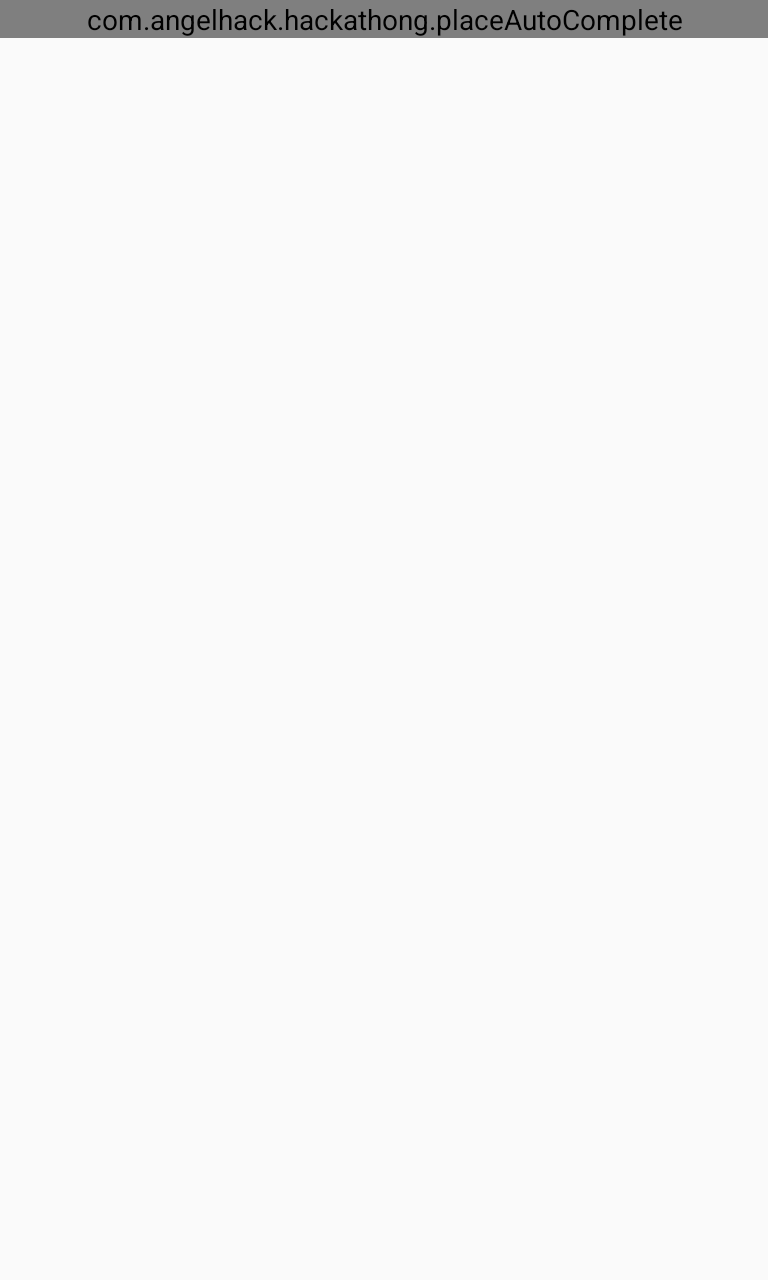
Repository: rutuj/angelhack-mumbai
Layout: Hackathong/res/layout/activity_main.xml
An editor plug-in stored every save of this project. The layout is shown before and after the next save, followed by the edit.
Pictures or frames that could not be fetched are drawn as grey boxes. It is drawn on a 768 x 1280 px phone screen (xhdpi) without system bars, with theme AppTheme; the app's code is not run.

Above is the layout before, as saved 2014-05-31 17:19:04.

### Hackathong/res/layout/activity_main.xml
<RelativeLayout xmlns:android="http://schemas.android.com/apk/res/android"
    xmlns:tools="http://schemas.android.com/tools"
    android:layout_width="match_parent"
    android:layout_height="match_parent"
    tools:context="${packageName}.${activityClass}" >

    <com.angelhack.hackathong.placeAutoComplete
        android:id="@+id/atv_origin"
        android:layout_width="fill_parent"
        android:layout_height="wrap_content"
        android:layout_alignParentTop="true"
        android:hint="@string/origin" />

    <com.angelhack.hackathong.placeAutoComplete
        android:id="@+id/atv_destination"
        android:layout_width="fill_parent"
        android:layout_height="wrap_content"
        android:layout_below="@+id/atv_origin"
        android:layout_alignParentTop="true"
        android:hint="@string/destination" />

</RelativeLayout>

Loaded but not shown: Hackathong/res/values/styles.xml (common file); Hackathong/res/values-v11/styles.xml (common file); Hackathong/res/values-v14/styles.xml (common file)

After the next save:
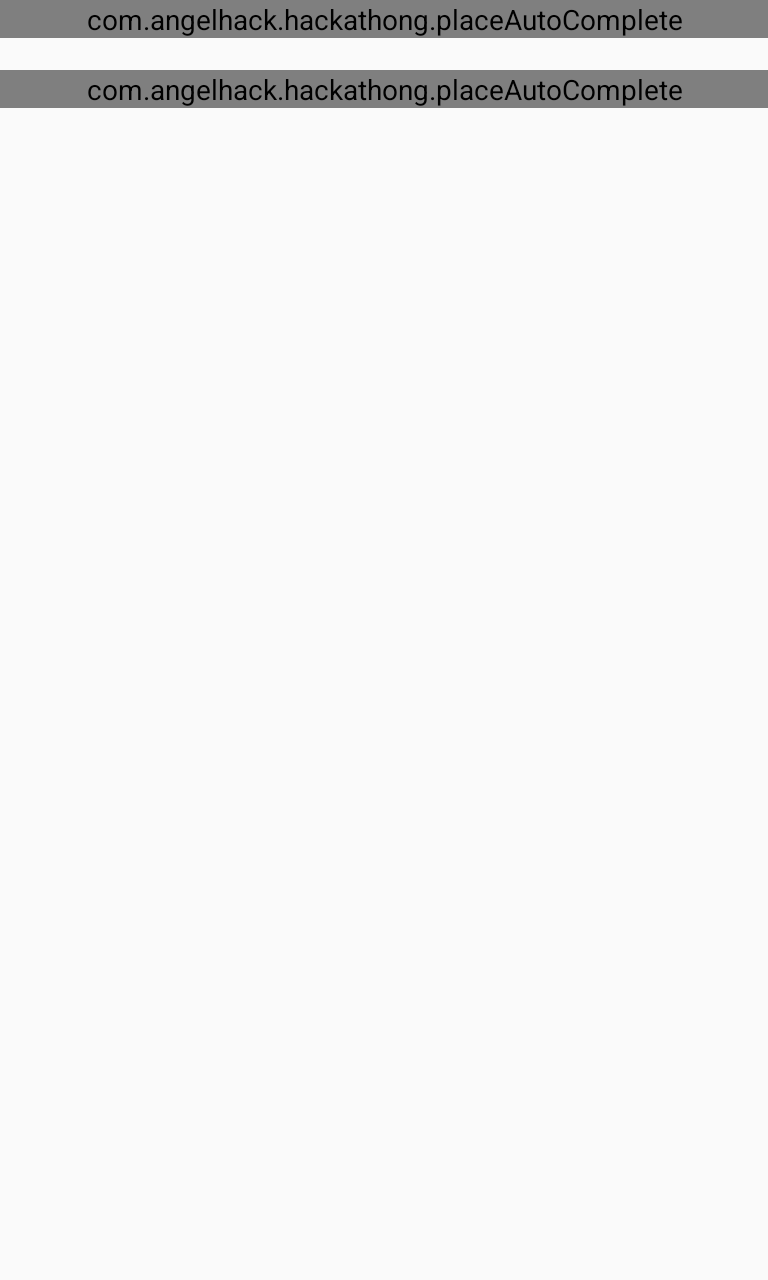
Saved 39 s later.
--- a/Hackathong/res/layout/activity_main.xml
+++ b/Hackathong/res/layout/activity_main.xml
@@ -15,8 +15,10 @@
         android:id="@+id/atv_destination"
         android:layout_width="fill_parent"
         android:layout_height="wrap_content"
-        android:layout_below="@+id/atv_origin"
+        android:layout_alignParentLeft="true"
         android:layout_alignParentTop="true"
+        android:layout_marginTop="35dp"
+        android:ems="10"
         android:hint="@string/destination" />
 
 </RelativeLayout>
